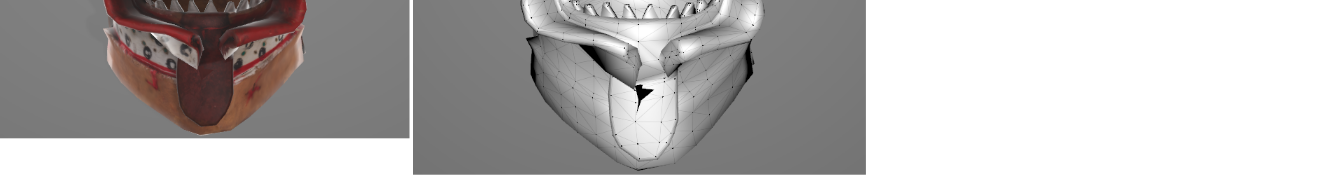
Repository: lmencos/eyesFollow
Page: html/proyectos.html
An editor plug-in stored every save of this project. The page is shown before and after the next save, followed by the edit.
The browser window is 1280 px wide. The page is 1280 px wide, then 1920 px, so the pictures cover 1920 px, including what lies to the right of the window. The pictures show the part of the page from y = 1441 to 2721 px (the page is 1691 px tall before and 2771 px after), at 70% of full size.
Some web fonts or font styles are not loaded; a fallback is used.

Above is the page before, as saved 2019-08-28 16:55:28.

After the next save:
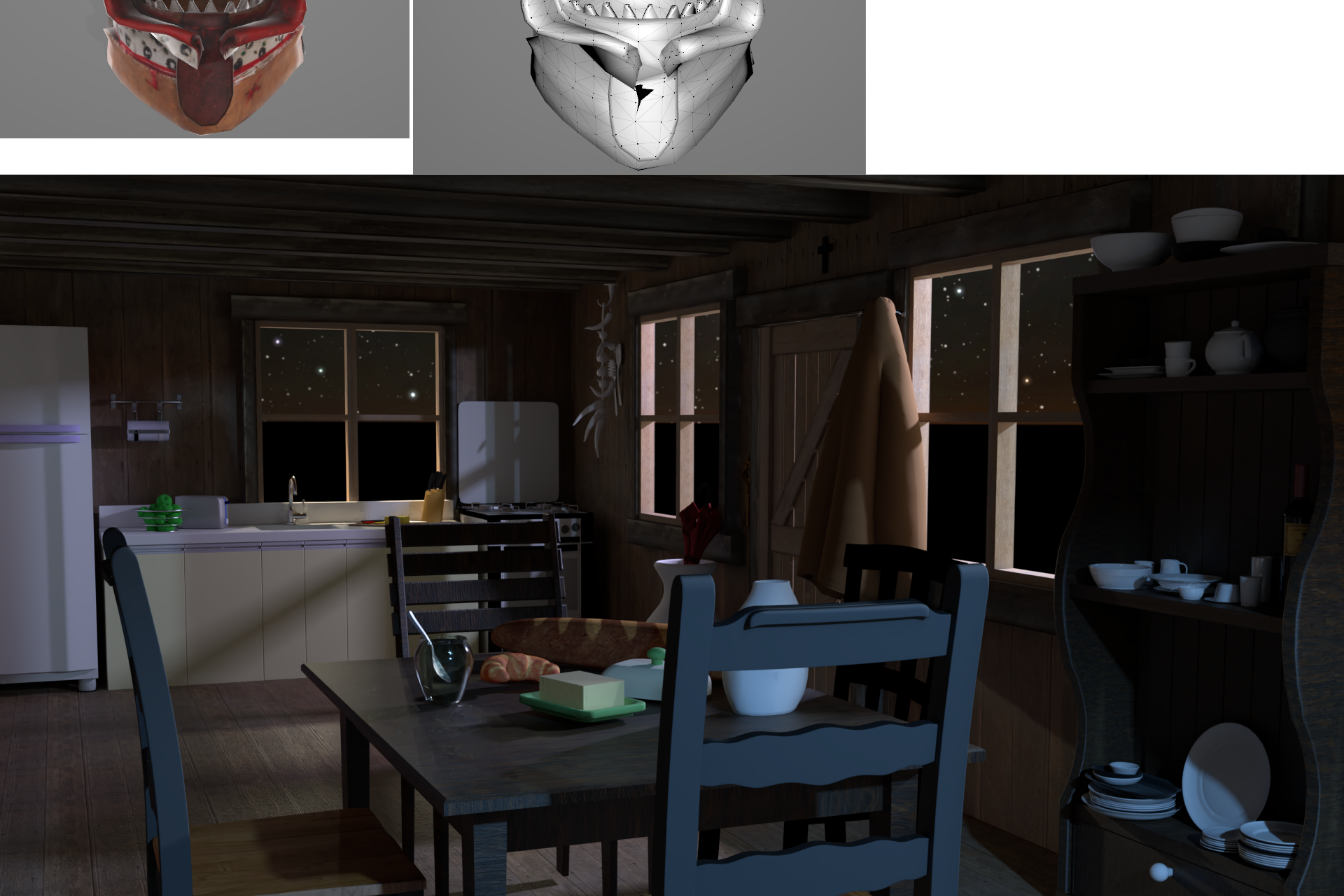
Saved 30 s later.
--- a/html/proyectos.html
+++ b/html/proyectos.html
@@ -36,6 +36,7 @@
         <img src="../sources/cubo01.jpg" alt="">
         <img src="../sources/mask-05.png" alt="">
         <img src="../sources/mask-06.png" alt="">
+        <img src="../sources/cabaña2.png" alt="">
     </section>
 
     <!-- Optional JavaScript -->
